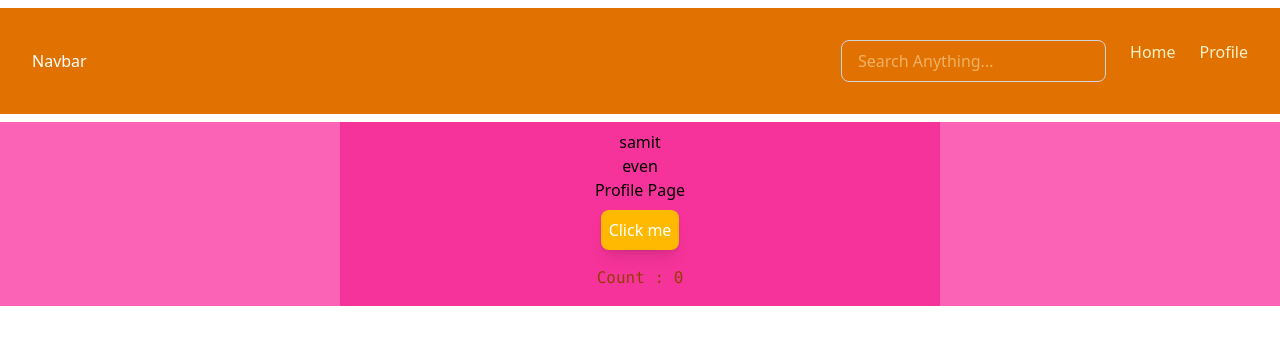
Repository: samit2059/CollegeReact
Page: / (app in react/collegereact/)
An editor plug-in stored every save of this project. The page is shown before and after the next save, followed by the edit.
The browser window is 1280 px wide. The pictures show the whole page.
The project was rebuilt for these pictures with package versions that can differ from the ones it lists, and the page was loaded fresh each time. Also part of the build but not shown: react/collegereact/vite.config.js, react/collegereact/src/App.jsx, react/collegereact/src/navbar.jsx, react/collegereact/src/Props Example/First.jsx, react/collegereact/src/Props Example/Second.jsx.

Above is the page before, as saved 2026-01-21 11:13:03.

After the next save:
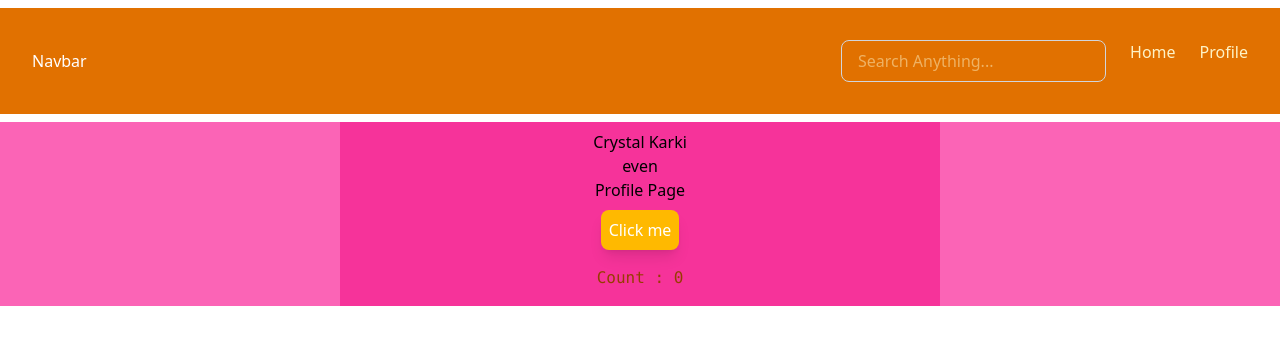
Saved 88 s later.
--- a/react/collegereact/src/main.jsx
+++ b/react/collegereact/src/main.jsx
@@ -28,7 +28,7 @@ createRoot(document.getElementById("root")).render(
     <Nav1 />
     {/* <First address={"BKT"} age={33} fullName="motorcycle" /> */}
     {/* <First {...myObj} /> */}
-    <Profile gretting="samit"/>
+    <Profile gretting="Crystal Karki "/>
     {/* <App /> */}
     {/* <Second /> */}
     {/* <Home />   */}
